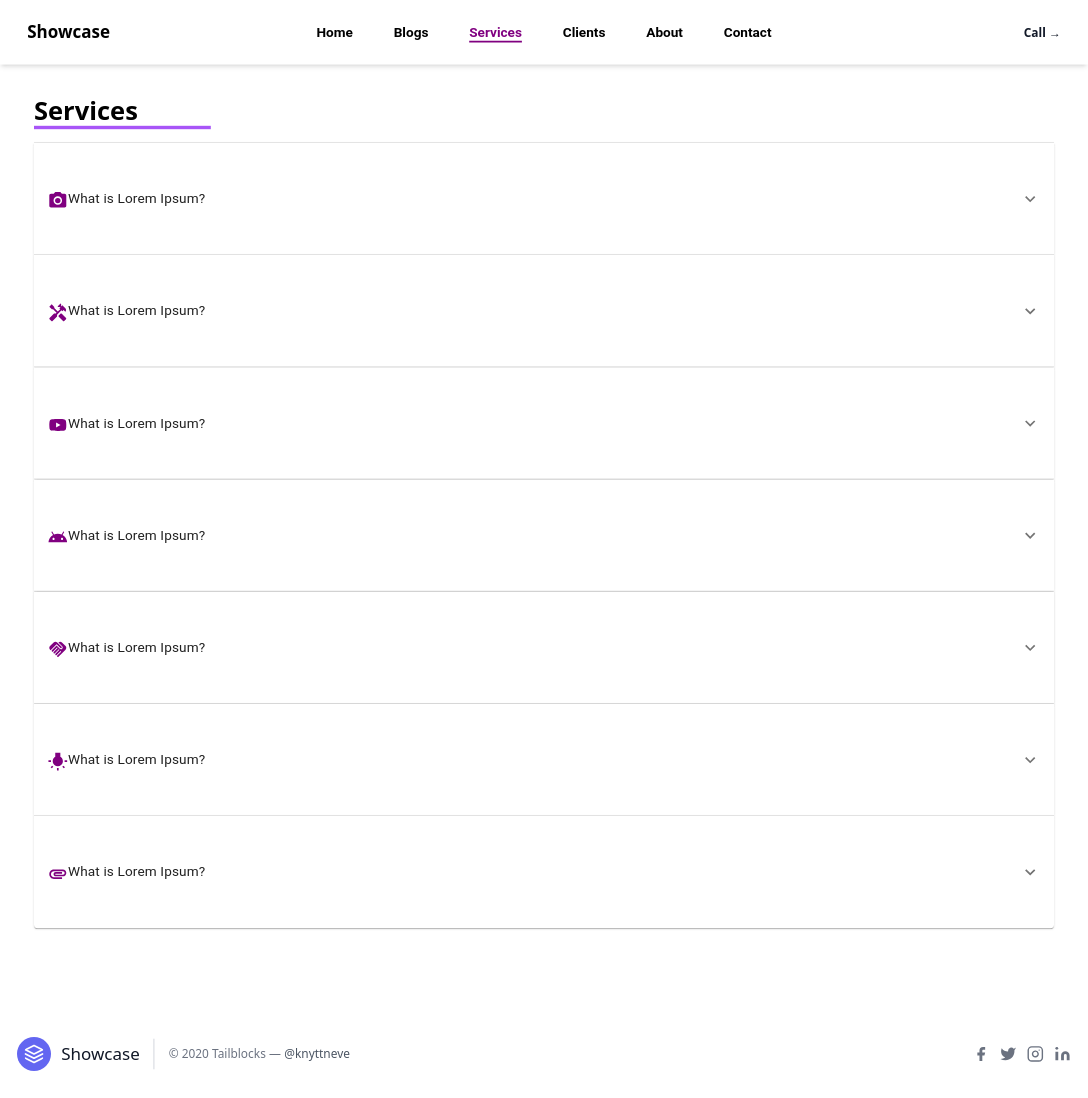
Repository: prashant523580/showcase
Page: /services
These files come from the project's save history. The page is drawn as it stood at one moment and after the next save; the edit follows.
The browser window is 1280 px wide. The pictures show the whole page, at 85% of full size.
The project was rebuilt for these pictures with package versions that can differ from the ones it lists, and the page was loaded fresh each time. The framework's server and built-in components were replaced by stand-ins that run in the browser. Also part of the build but not shown: next.config.js.

Above is the page before, as saved 2023-03-25 18:36:11.

After the next save:
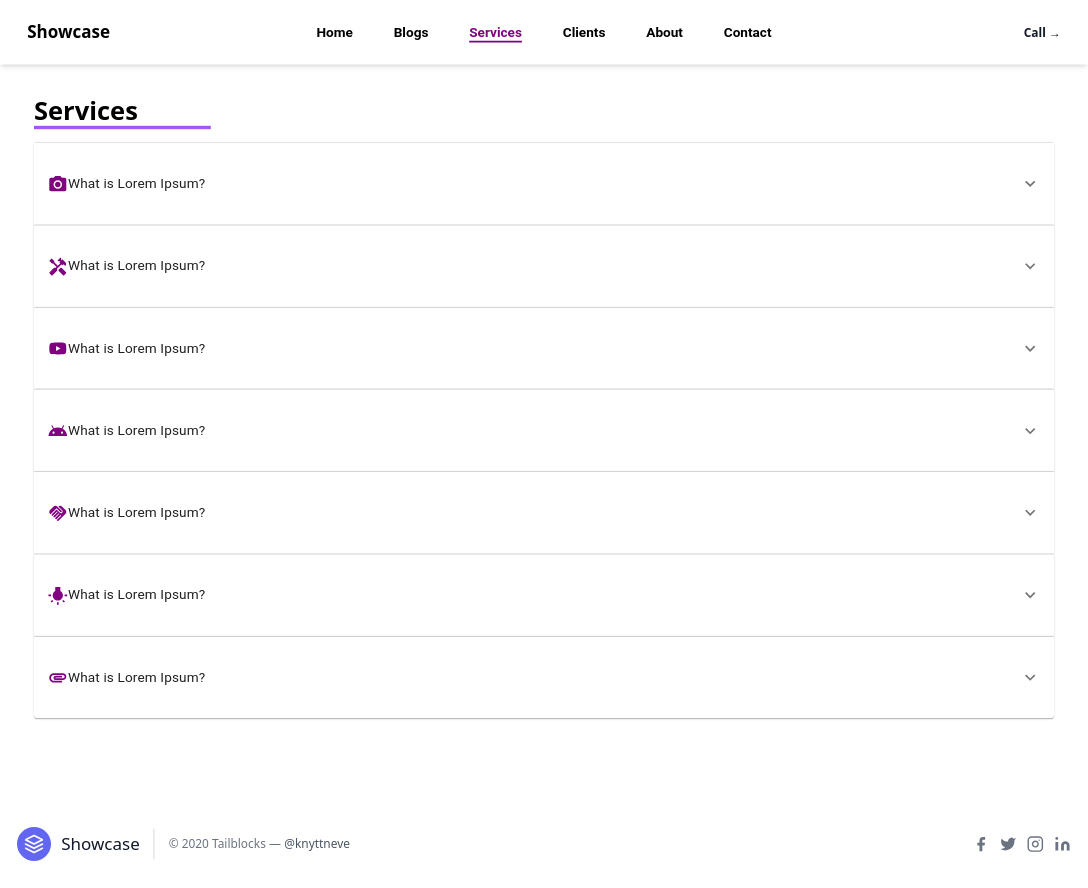
Saved 29 s later.
--- a/src/pages/services.tsx
+++ b/src/pages/services.tsx
@@ -89,7 +89,7 @@ export default function Sercices() {
                             >
                                 <div className='flex items-center'>
 
-                                <Typography sx={{  color: 'purple', fontSize: 40 }}>
+                                <Typography sx={{  color: 'purple' }}>
                                     {service.icon}
                                 </Typography>
                                 <Typography sx={{ flexShrink: 0 }}>{service.label}</Typography>
